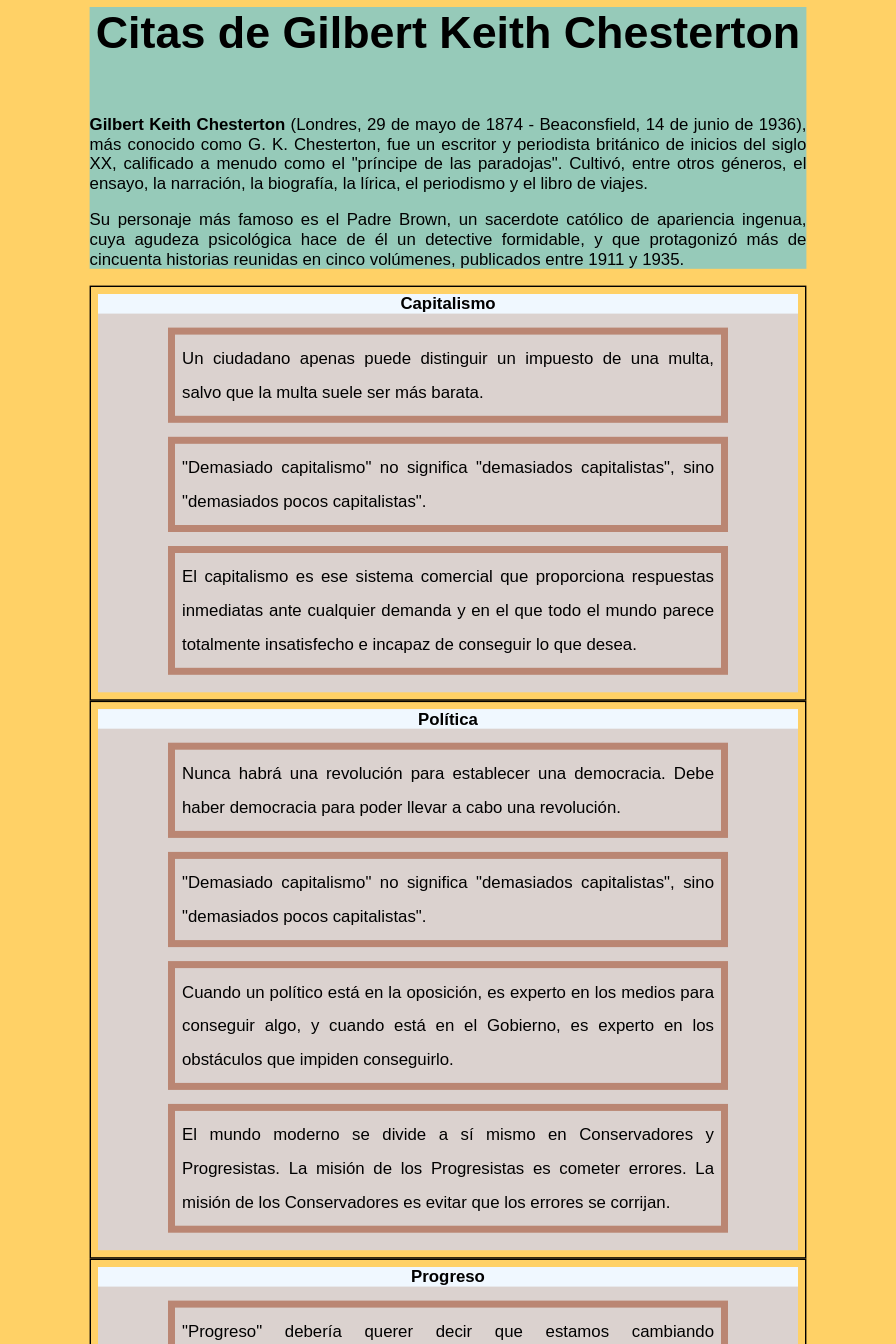
Repository: EmilyMachuca-Developer/Advanced-Programming-Projects
Page: index.html
These files come from the project's save history. The page is drawn as it stood at one moment and after the next save; the edit follows.
The browser window is 1280 px wide. The pictures show the part of the page from y = 0 to 1920 px (the page is 2668 px tall before and 2710 px after), at 70% of full size.

Above is the page before, as saved 2024-02-26 20:47:00.

After the next save:
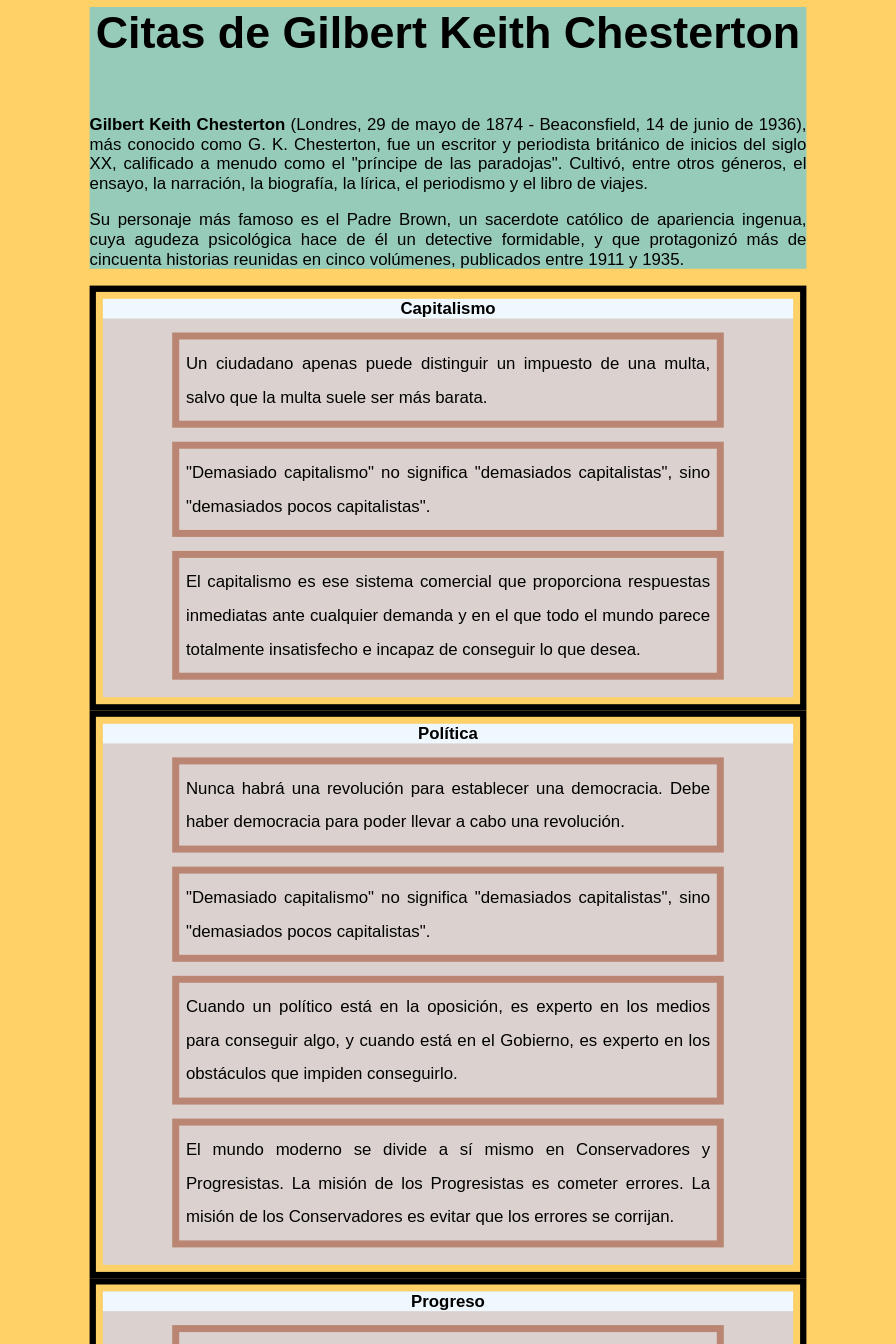
Saved 50 s later.
--- a/Taller 2/css/style.css
+++ b/Taller 2/css/style.css
@@ -19,7 +19,7 @@
 
   main {
     display: block;
-    border: rgb(0, 0, 0) 2px solid;
+    border: rgb(0, 0, 0) 9px solid;
     padding: 10px;
 
   }

After the 2 saves that followed:
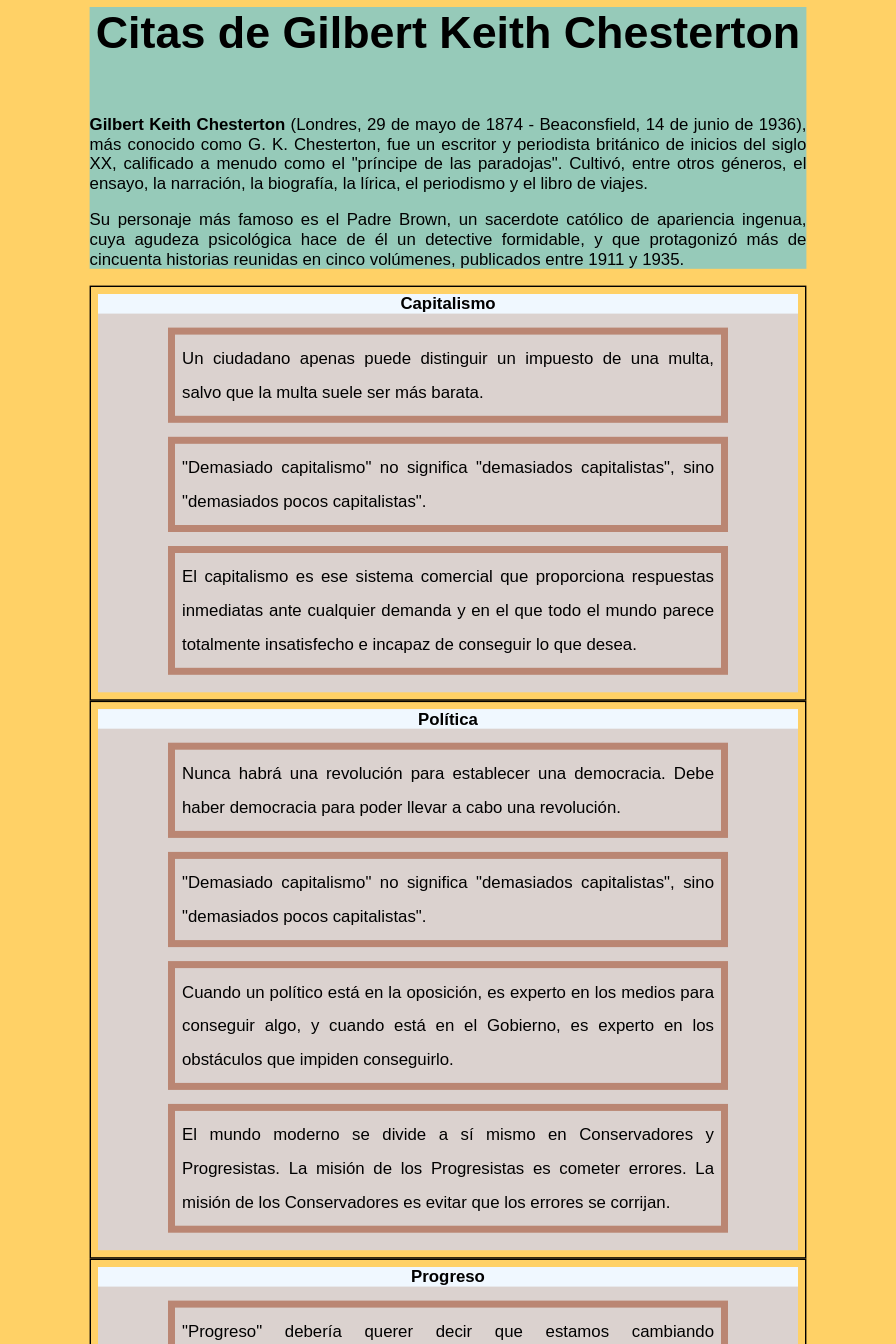
The 2 saves are shown as one change because they came seconds apart.
The last was saved 113 s later.
--- a/Taller 2/css/style.css
+++ b/Taller 2/css/style.css
@@ -19,7 +19,7 @@
 
   main {
     display: block;
-    border: rgb(0, 0, 0) 9px solid;
+    border: rgb(0, 0, 0) 2px solid;
     padding: 10px;
 
   }
